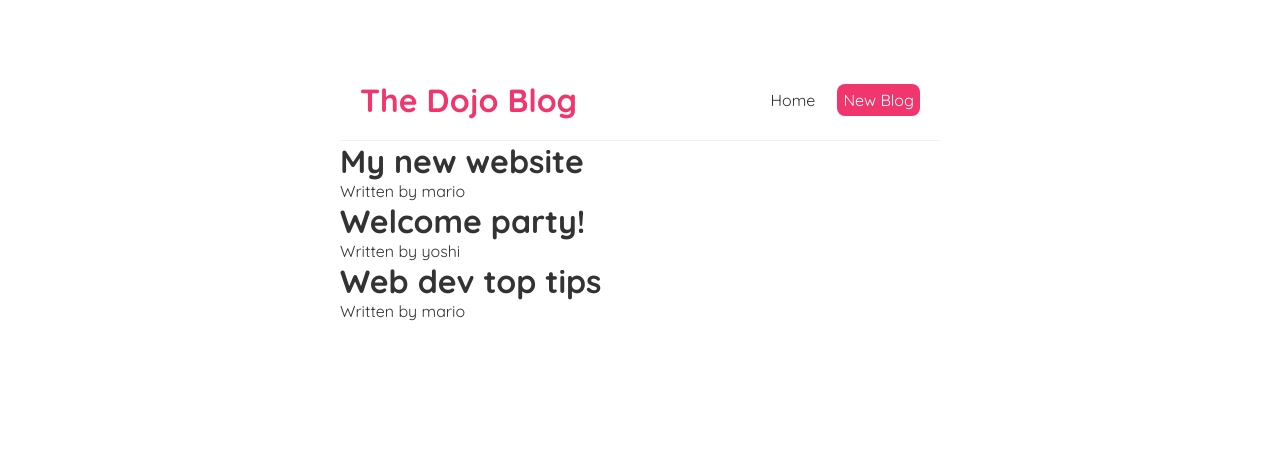
Repository: DESTINYAS/Reactjs
Page: /
The author's editor kept a copy of each file at every save. The page is drawn from the files as they stood at one save, then again after the next save.
The browser window is 1280 px wide. The pictures show the whole page.
The project was rebuilt for these pictures with package versions that can differ from the ones it lists, and the page was loaded fresh each time.

Above is the page before, as saved 2022-11-29 07:54:52.

After the next save:
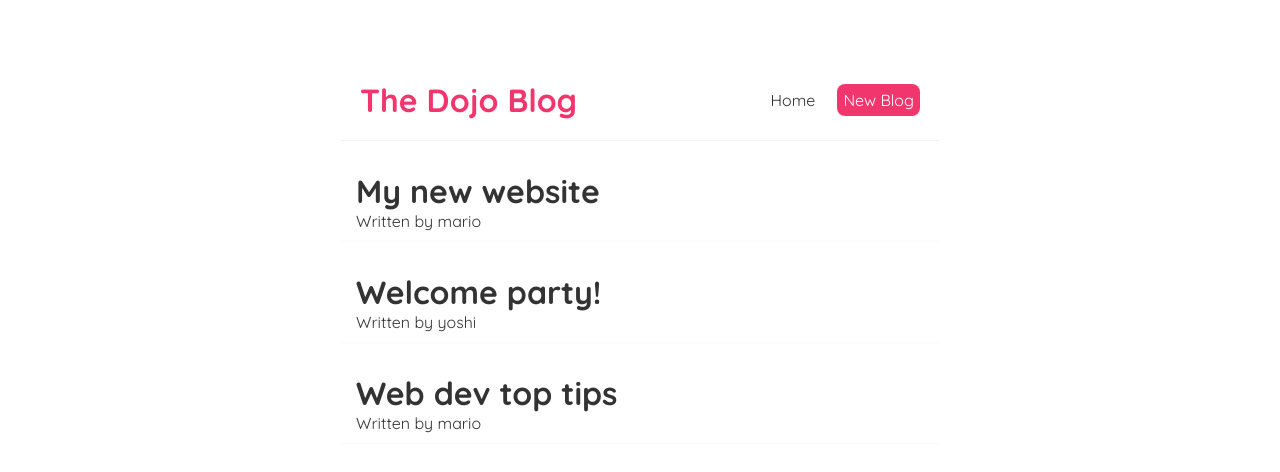
Saved 4 min 13 s later.
--- a/src/index.css
+++ b/src/index.css
@@ -32,3 +32,18 @@
   margin: 40px auto;
   padding: 20px;
 }
+
+/* blog previews / list */
+.blog-preview {
+  padding: 10px 16px;
+  margin: 20px 0;
+  border-bottom: 1px solid #fafafa;
+}
+.blog-preview:hover {
+  box-shadow: 1px 3px 5px rgba(0, 0, 0, 0.1);
+}
+.blog-preview h2 {
+  font-size: 20px;
+  color: #f1356d;
+  margin-bottom: 8px;
+}
